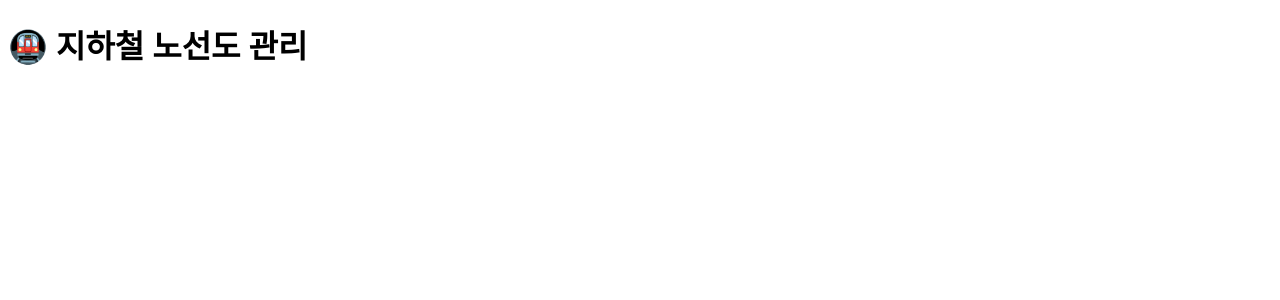
Repository: hwangstar156/javascript-subway-map-precourse
Page: index.html
The author's editor kept a copy of each file at every save. The page is drawn from the files as they stood at one save, then again after the next save.
The browser window is 1280 px wide. The pictures show the whole page.

Above is the page before, as saved 2021-12-03 18:35:09.

After the next save:
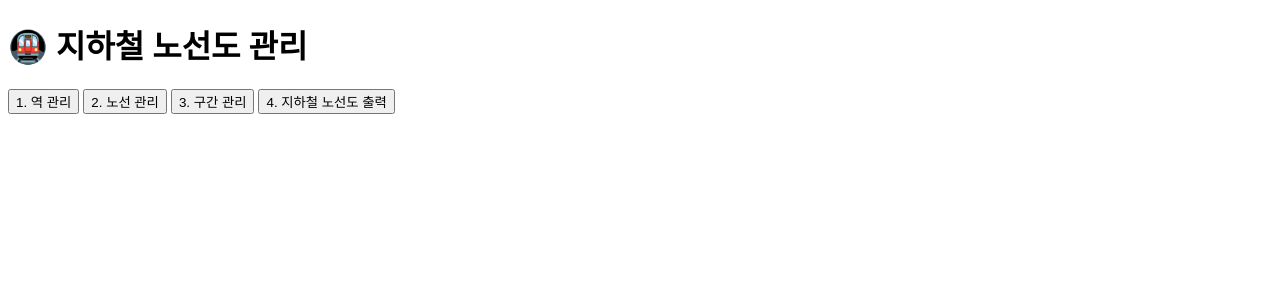
Saved 8 min 49 s later.
--- a/index.html
+++ b/index.html
@@ -7,6 +7,10 @@
   <body>
     <div id="app">
       <h1>🚇 지하철 노선도 관리 </h1>
+      <button id="station-manager-button">1. 역 관리</button>
+      <button id="line-manager-button">2. 노선 관리</button>
+      <button id="section-manager-button">3. 구간 관리</button>
+      <button id="map-print-manager-button">4. 지하철 노선도 출력</button>
     </div>
     <script type="module" src="src/index.js"></script>
   </body>
